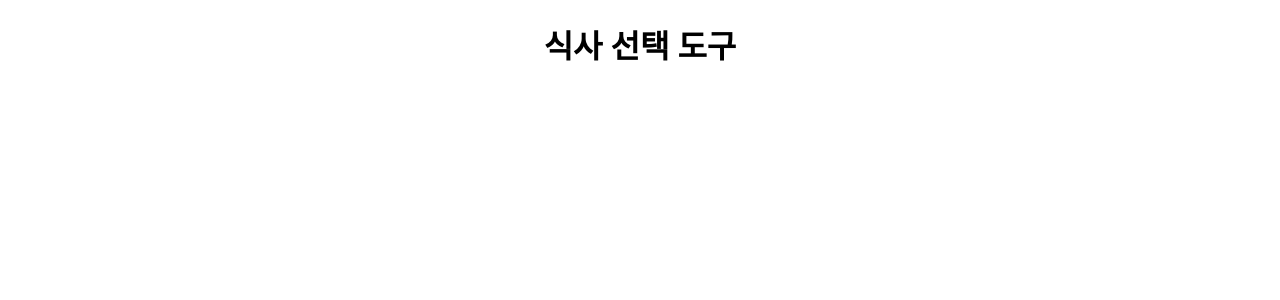
Repository: kimgh06/JavaWeb
Page: http://localhost/what/
An editor plug-in stored every save of this project. The page is shown before and after the next save, followed by the edit.
The browser window is 1280 px wide. The pictures show the whole page.
The page is served by Tomcat 9.

Above is the page before, as saved 2022-11-03 02:11:42.

After the next save:
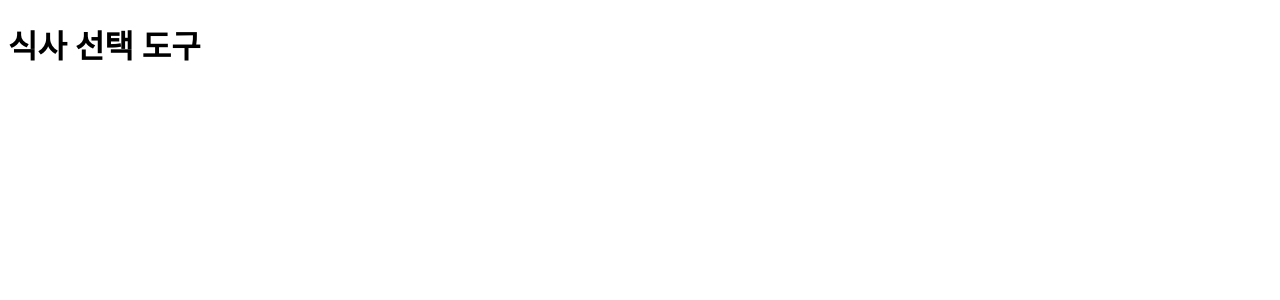
Saved 16 s later.
--- a/what/src/main/webapp/index.jsp
+++ b/what/src/main/webapp/index.jsp
@@ -8,8 +8,8 @@
 <link href ="./main.css" rel = "stylesheet" type = "text/css">
 </head>
 <body>
+	<h1>식사 선택 도구</h1>
 	<div id="main">
-		<h1>식사 선택 도구</h1>
 	</div>
 </body>
 </html>

After the save that followed:
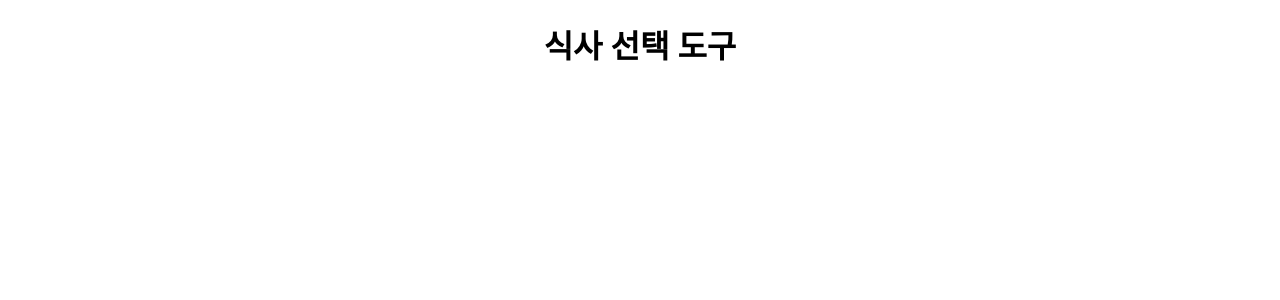
Saved 26 s later.
--- a/what/src/main/webapp/index.jsp
+++ b/what/src/main/webapp/index.jsp
@@ -8,7 +8,7 @@
 <link href ="./main.css" rel = "stylesheet" type = "text/css">
 </head>
 <body>
-	<h1>식사 선택 도구</h1>
+	<h1 style="text-align:center">식사 선택 도구</h1>
 	<div id="main">
 	</div>
 </body>
